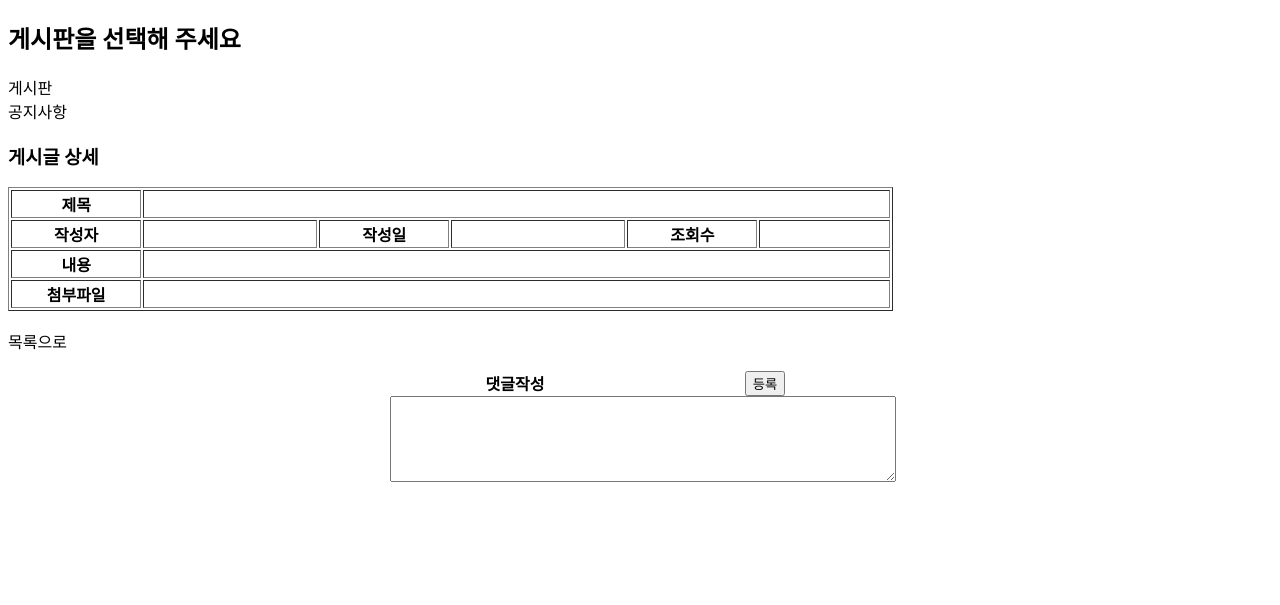
Repository: letzbegin/Study
Page: http://localhost/portfolio/WEB-INF/views/board/detail.jsp
The author's editor kept a copy of each file at every save. The page is drawn from the files as they stood at one save, then again after a run of saves.
The browser window is 1280 px wide. The pictures show the whole page.
The page is served by Tomcat 9. Nobody is signed in. Other server files are loaded and not shown. The template is opened directly, without the code that normally fills it, so the values that code supplies are empty.

Above is the page before, as saved 2018-10-15 04:04:21.
Console error: SyntaxError: Unexpected token '}'

### pol/portfolio/src/main/webapp/WEB-INF/views/board/detail.jsp
<%@ page language="java" contentType="text/html; charset=UTF-8"
	pageEncoding="UTF-8"%>
<%@ taglib prefix="c" uri="http://java.sun.com/jsp/jstl/core"%>
<%@ taglib prefix="fn" uri="http://java.sun.com/jsp/jstl/functions"%>
<!DOCTYPE html PUBLIC "-//W3C//DTD HTML 4.01 Transitional//EN" "http://www.w3.org/TR/html4/loose.dtd">
<html>
<head>
<style>
#comment_regist div {
	float: left;
}
</style>
<meta http-equiv="Content-Type" content="text/html; charset=UTF-8">
<title>Insert title here</title>
</head>
<body>
	<div class="container-fluid text-center">
		<div class="row content">
			<div class="col-sm-2">
				<h2>게시판을 선택해 주세요</h2>
				<div class="panel panel-default">
					<div class="panel-heading">게시판</div>
					<div class="panel-body">공지사항</div>
				</div>
			</div>
			<div class="col-sm-8 text-left">
				<h3>게시글 상세</h3>
				<table border="1" width="70%">
					<tr>
						<th width="15%">제목</th>
						<td class="left" colspan="5">${vo.title }</td>
					</tr>
					<tr>
						<th>작성자</th>
						<td>${vo.name }</td>
						<th width="15%">작성일</th>
						<td width="20%">${vo.writedate }</td>
						<th width="15%">조회수</th>
						<td width="15%">${vo.readcnt }</td>
					</tr>
					<tr>
						<th>내용</th>
						<td class="left" colspan="5">${fn:replace( fn:replace(vo.content, lf, '<br>'), crlf, '<br>') }</td>
					</tr>
					<tr>
						<th>첨부파일</th>
						<td class="left" colspan="5">${vo.filename }<c:if
								test="${!empty vo.filename }">
								<input onclick="location='download.bo?id=${vo.id}'"
									type="button" value="다운로드" />
							</c:if>
						</td>
					</tr>
				</table>
				<br>


				<!-- 관리자로 로그인한 경우만 수정,삭제의 권한을 갖는다. -->
				<c:if test="${login_info.admin eq 'Y' }">
					<a class="btn-fill" onclick="location='modify.bo?id=${vo.id}'">변경</a>
					<a class="btn-fill" onclick="location='delete.bo?id=${vo.id}'">삭제</a>
				</c:if>

				<a class="btn-fill" onclick="$('form').submit()">목록으로</a>
				<!-- <a class="btn-fill" onclick="location='list.bo'">목록으로</a> -->

				<form method="post" action="list.bo" id="detail">
					<input type="hidden" name="curPage" value="${page.curPage }" /> <input
						type="hidden" name="search" value="${page.search }" /> <input
						type="hidden" name="keyword" value="${page.keyword }" />
				</form>
				<br>
			</div>
		</div>
	</div>

	<!-- 댓글작성 -->
	<div id="comment_regist"
		style="width: 500px; text-align: center; margin: 0 auto;">
		<div class="left" style="width: 250px;">
			<strong>댓글작성</strong>
		</div>
		<div class="right" style="width: 250px;">
			<input onclick="go_comment_regist()" style="vertical-align: middle;"
				type="button" value="등록" />
		</div>
		<textarea name="editor" id="editor"
			style="width: 500px; height: 80px;"></textarea>
	</div>
	<br>
	<!-- 댓글목록 -->
	<div id="comments"
		style="width: 500px; text-align: left; margin: 0 auto;"></div>
</body>
<script type="text/javascript">
$(function(){
	comment_list();
});

function comment_list(){
	$.ajax({
		url: 'board/comment/${vo.id}',
// 		url: 'list.no',
		success: function( data ){
			$('#comments').html(data);
		},
		error: function(req, status){
			alert(status+": "+req.status);
		}
	});
}

function go_comment_regist(){
	//로그인하지 않은 경우 로그인하도록
	if( ${empty login_info} ){
		alert("댓글을 등록하려면 로그인 하세요!");
		$('#userid').focus();
		return;
	}
	if( $.trim($('#editor').val()) =='' ){
		alert('댓글을 입력하세요!');
		$('#editor').val('');
		$('#editor').focus();
		return;
	}

	$.ajax({
		type: 'post',
		url: 'board/comment/insert',
		data: { content: $('#editor').val(), pid: ${vo.id} },
		success: function(data){
			if( data=="true"){
				$('#editor').val('');
				alert("댓글이 등록되었습니다");
				comment_list();
			}else{
				alert("댓글 등록 실패!");
			}
		},
		error: function(req, status, err){
			alert( status +": " +req.responseText+", "+err);
		}
	});
}
</script>
</html>

After the next 2 saves:
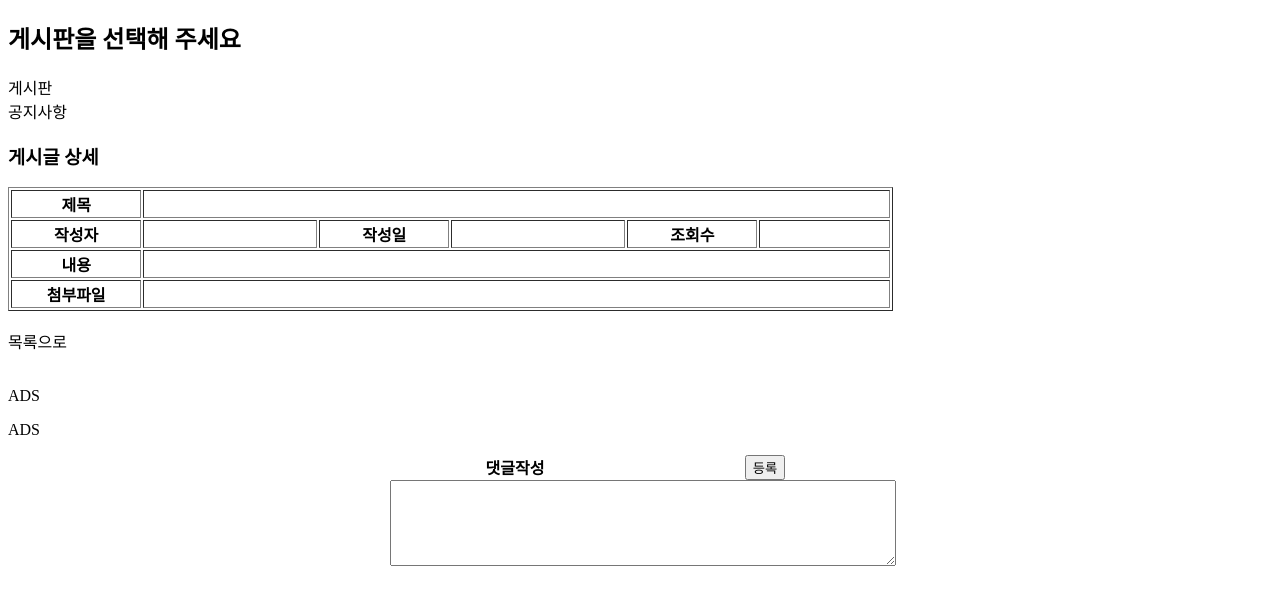
The 2 saves are shown as one change because they came seconds apart.
The last was saved 20 s later.
--- a/pol/portfolio/src/main/webapp/WEB-INF/views/board/detail.jsp
+++ b/pol/portfolio/src/main/webapp/WEB-INF/views/board/detail.jsp
@@ -70,6 +70,14 @@
 						type="hidden" name="keyword" value="${page.keyword }" />
 				</form>
 				<br>
+			</div>
+			<div class="col-sm-2 sidenav">
+				<div class="well">
+					<p>ADS</p>
+				</div>
+				<div class="well">
+					<p>ADS</p>
+				</div>
 			</div>
 		</div>
 	</div>
